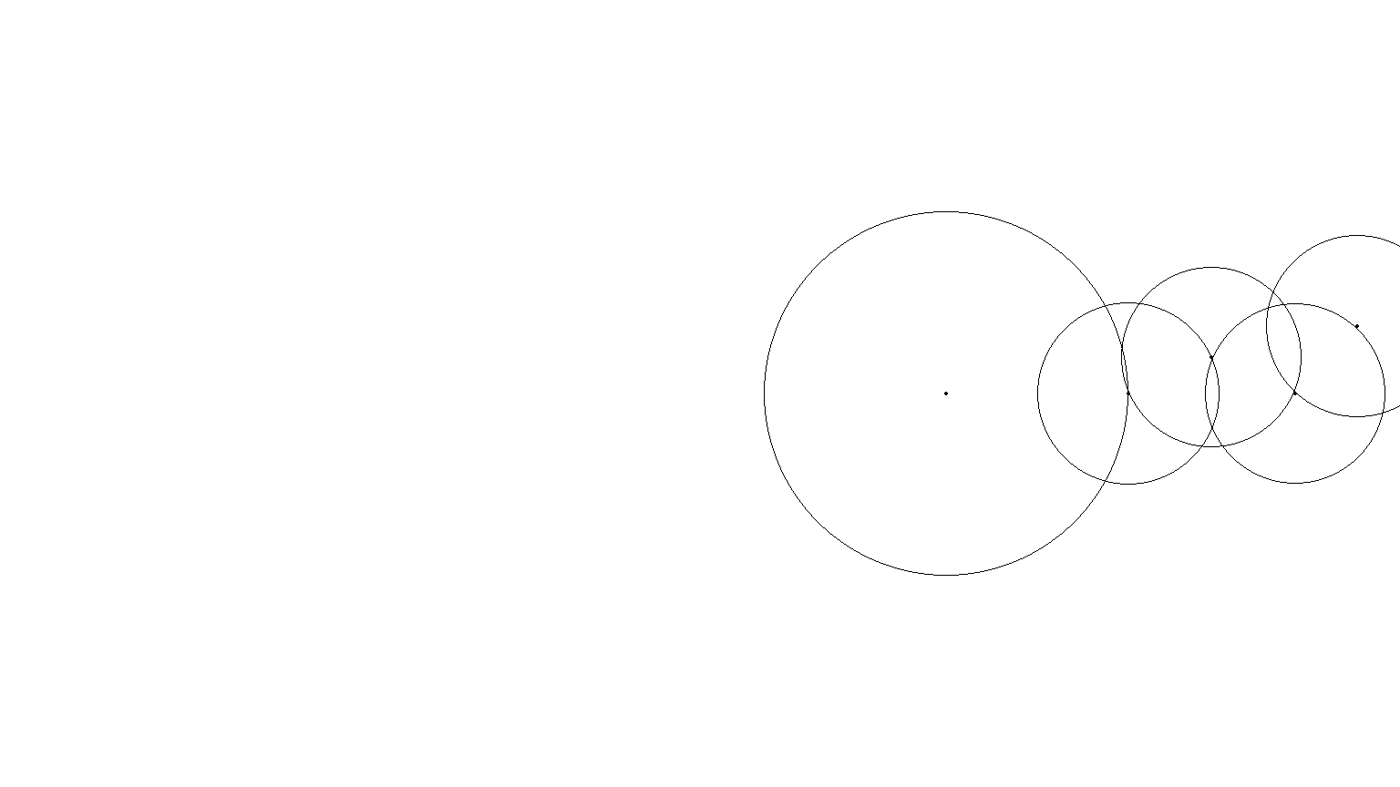
Repository: Liuuuv/animation_cercles
Script's output: python animation cercles.py
The author's editor kept a copy of each file at every save. The script's output is drawn from the files as they stood at one save, then again after the next save.
Figures wider than 1,400 px are first shrunk to that width. The window is shown after at most 60 frames with no key pressed. Random numbers start from a fixed seed.

Above is the script's output before, as saved 2024-11-08 20:19:39.

### animation cercles.py
import pygame as py
import math
import random as rd
import time
import scipy
import numpy as np
import scipy.integrate

py.init()



blanc=(255,255,255)
noir=(0,0,0)

rouge=(255,0,0)
vert=(0,255,0)
bleu=(0,0,255)


FPS=144
ECHELLE=200


class Cercle:
    def __init__(self,rayon,vitesse):
        self.vitesse=vitesse
        self.rayon=rayon
        self.pos=None
        self.angle=0

class Marqueur:
    def __init__(self):
        self.pos=[0,0]



class Affichage:
    def __init__(self,facteur):
        self.dimensions=(int(1920*facteur),int(1080*facteur))
        self.fenetre=py.display.set_mode(self.dimensions)
        self.centre=(self.dimensions[0]//2+70,self.dimensions[1]//2)
        self.nb_cercles=nb_cercles


        self.marqueur=Marqueur()

        self.dt=1/FPS

        self.liste_cercles=[]
        self.liste_rayons=[]
        self.liste_phases=[]
        self.liste_points=[]

        self.calculer_coefficients()


        self.initialiser_cercles()


    def creer_cercle(self,rayon,vitesse):
        cercle=Cercle(rayon,vitesse)
        self.liste_cercles.append(cercle)
        return cercle

    def initialiser_cercles(self):
        pos=[self.centre[0],self.centre[1]]

        for n in range(2*self.nb_cercles):
            if n%2==0:
                cercle=self.creer_cercle(self.liste_rayons[n]*ECHELLE,n/2)
                pos[0]+=cercle.rayon*np.cos(self.liste_phases[n])
                pos[1]+=cercle.rayon*np.sin(self.liste_phases[n])
            else:
                cercle=self.creer_cercle(self.liste_rayons[n]*ECHELLE,-(n+1)/2)
                pos[0]+=cercle.rayon*np.cos(self.liste_phases[n])
                pos[1]+=cercle.rayon*np.sin(self.liste_phases[n])


            cercle.pos=pos[:]

    def mettre_a_jour_cercles(self):
        self.liste_cercles[0].angle+=self.liste_cercles[0].vitesse*self.dt
        for i in range(1,2*self.nb_cercles):
            self.liste_cercles[i].pos[0]=self.liste_cercles[i-1].pos[0]+self.liste_cercles[i-1].rayon*math.cos(self.liste_cercles[i-1].angle)
            self.liste_cercles[i].pos[1]=self.liste_cercles[i-1].pos[1]+self.liste_cercles[i-1].rayon*math.sin(self.liste_cercles[i-1].angle)

            self.liste_cercles[i].angle+=self.liste_cercles[i].vitesse*self.dt

    def mettre_a_jour_marqueur(self):

        self.marqueur.pos[0]=self.liste_cercles[-1].pos[0]+self.liste_cercles[-1].rayon*math.cos(self.liste_cercles[-1].angle)
        self.marqueur.pos[1]=self.liste_cercles[-1].pos[1]+self.liste_cercles[-1].rayon*math.sin(self.liste_cercles[-1].angle)

        self.liste_points.append(self.marqueur.pos[:])



    def dessiner(self):
        for i in range(len(self.liste_points)-1):
            py.draw.line(self.fenetre,rouge,self.liste_points[i],self.liste_points[i+1],2)

        py.draw.circle(self.fenetre,bleu,self.marqueur.pos,2)

    def dessiner_cercles(self):
        for cercle in self.liste_cercles:
            py.draw.circle(self.fenetre,noir,cercle.pos,2)
            py.draw.circle(self.fenetre,noir,cercle.pos,abs(cercle.rayon),1)

    def fonction(self,t):
        # if t<=math.pi:
        #     return (-2*t/math.pi)+1
        # else:
        #     return (2*t/math.pi)-3

        # if t<np.pi/4:
        #     return (1-t)*(1+1j)
        # elif t<3*np.pi/3:
        #     return t*(1+1j)+(1-t)*(-1+1j)
        # elif t<5*np.pi/3:
        #     return t*(-1+1j)+(1-t)*(-1-1j)
        # else:
        #     return t*(-1-1j)

        return 2*np.cos(t)**2+1j*np.sin(t)

    def exp_complexe(self,t):
        return np.exp(1j*t)

    def calculer_coefficients(self):
        for i in range(2*self.nb_cercles):
            if i%2==0:
                n=i/2
            else:
                n=-(i+1)/2
            resultat=scipy.integrate.quad(lambda t:(self.fonction(t)*self.exp_complexe(-n*t)).real,0,2*np.pi)[0] + 1j*scipy.integrate.quad(lambda t:(self.fonction(t)*self.exp_complexe(-n*t)).imag,0,2*np.pi)[0]
            resultat/=2*np.pi
            self.liste_rayons.append(abs(resultat))
            self.liste_phases.append(np.angle(resultat))
        # print(self.liste_phases)
        # print(self.liste_rayons)


        # x_values = np.linspace(-1, 1, num=self.nb_cercles)
        # # Calculer la transformée de Fourier discrète
        # coefficients = np.fft.fft([self.fonction(t) for t in x_values]) / len(x_values)


        # for n in range(self.nb_cercles):
        #     self.liste_rayons.append(abs(coefficients[n]))
        #     self.liste_phases.append(np.angle(coefficients[n]))




    def loop(self):
        horloge=py.time.Clock()

        police=py.font.Font(None, 36)

        # boucle de jeu
        continuer=True
        # time.sleep(0.3)
        while continuer:
            for event in py.event.get():
                if event.type==py.QUIT:
                    continuer=False
                if event.type==py.KEYDOWN:
                    if event.key==py.K_ESCAPE:
                        continuer=False
            horloge.tick(FPS)
            py.display.set_caption(str(round(horloge.get_fps(),1)))


            self.fenetre.fill(blanc)

            self.dessiner_cercles()
            self.dessiner()

            self.mettre_a_jour_cercles()
            self.mettre_a_jour_marqueur()




            # texte_surface1 = police.render("number of circles: "+str(nb_cercles-1),False,noir)
            # self.fenetre.blit(texte_surface1,(655,200))

            py.display.flip()

        py.quit()


nb_cercles=20




facteur=0.8

affichage=Affichage(facteur)
affichage.loop()

After the next save:
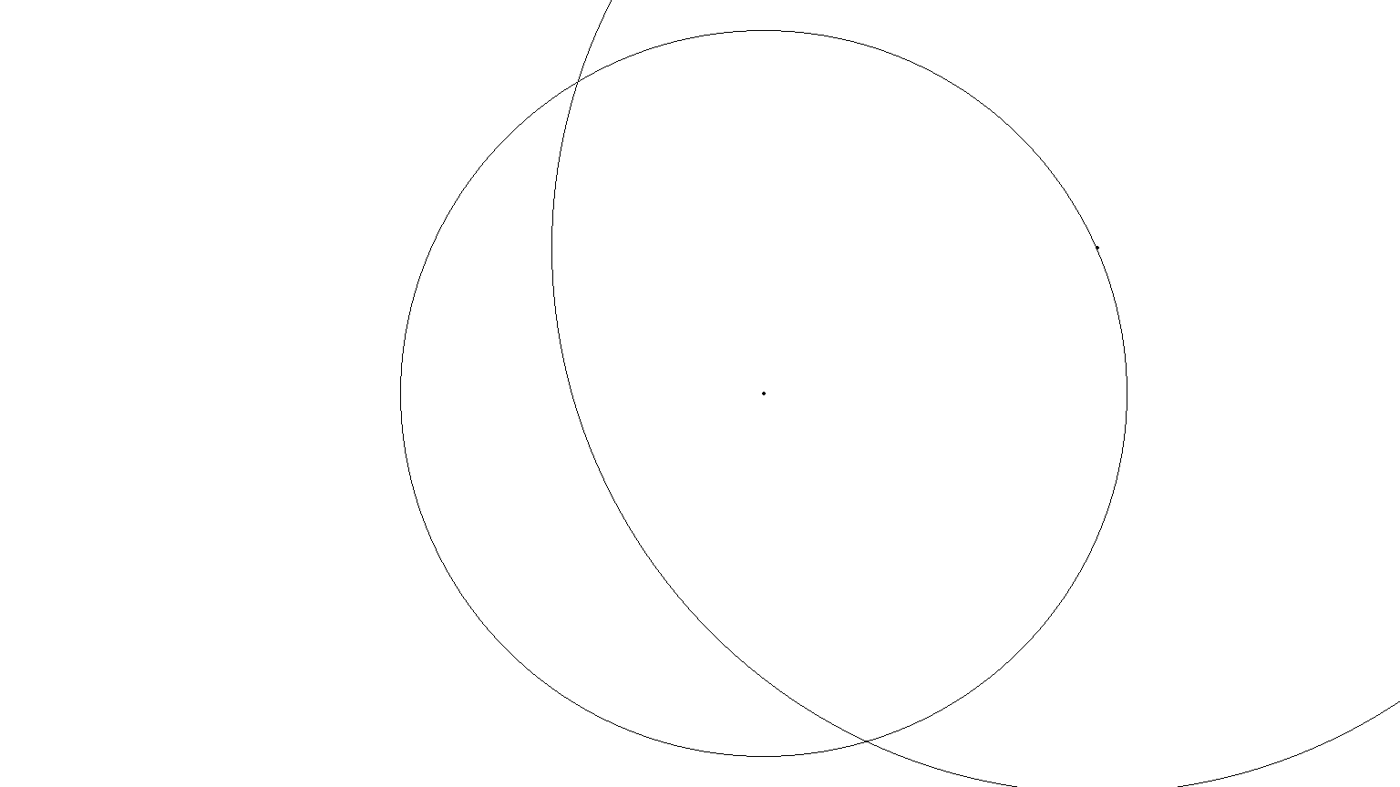
Saved 12 s later.
--- a/animation cercles.py
+++ b/animation cercles.py
@@ -122,7 +122,7 @@ class Affichage:
         # else:
         #     return t*(-1-1j)
 
-        return 2*np.cos(t)**2+1j*np.sin(t)
+        return 5*np.cos(t)+1j*np.sin(t)
 
     def exp_complexe(self,t):
         return np.exp(1j*t)
